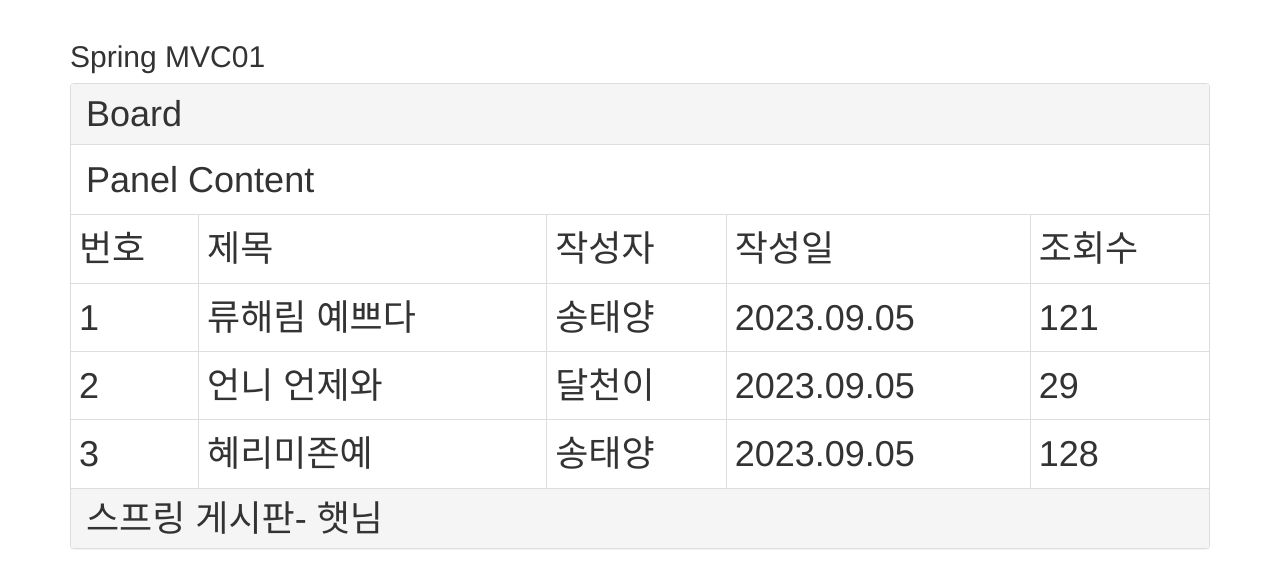
Repository: Hyerim-Ryu/Spring-
Page: http://localhost/SpringMVC01/boardList.do
The author's editor kept a copy of each file at every save. The page is drawn from the files as they stood at one save, then again after the next save.
The browser window is 1280 px wide. The pictures show the whole page.
The page is served by Tomcat 9. Other server files are loaded and not shown.

Above is the page before, as saved 2023-09-05 02:11:46.

### workspace.edu/SpringMVC01/src/main/webapp/WEB-INF/views/boardList.jsp
<%@ page language="java" contentType="text/html; charset=UTF-8"
    pageEncoding="UTF-8"%>
<%@ taglib prefix="c" uri="http://java.sun.com/jsp/jstl/core" %>
<!DOCTYPE html>
<html>
<head>
<meta charset="UTF-8">
<title>Insert title here</title>
<link rel="stylesheet" href="https://maxcdn.bootstrapcdn.com/bootstrap/3.4.1/css/bootstrap.min.css">
<script src="https://ajax.googleapis.com/ajax/libs/jquery/3.6.4/jquery.min.js"></script>
<script src="https://maxcdn.bootstrapcdn.com/bootstrap/3.4.1/js/bootstrap.min.js"></script>
</head>
<body>
	<h1>
		<div class="container">
		  <h2>Spring MVC01</h2>
			  <div class="panel panel-default">
			    <div class="panel-heading">Board</div>
			    <div class="panel-body">Panel Content</div>
			    	<table class="table table-bordered table-hover">
			    		<tr>
			    			<td>번호</td>
			    			<td>제목</td>
			    			<td>작성자</td>
			    			<td>작성일</td>
			    			<td>조회수</td>
			    		</tr>

			    		<tr>
			    			<td>1</td>
			    			<td>류해림 예쁘다</td>
			    			<td>송태양</td>
			    			<td>2023.09.05</td>
			    			<td>121</td>
			    		</tr>

			    		<tr>
			    			<td>2</td>
			    			<td>언니 언제와</td>
			    			<td>달천이</td>
			    			<td>2023.09.05</td>
			    			<td>29</td>
			    		</tr>

			    		<tr>
			    			<td>3</td>
			    			<td>혜리미존예</td>
			    			<td>송태양</td>
			    			<td>2023.09.05</td>
			    			<td>128</td>
			    		</tr>
			    	</table>
			    <div class="panel-footer">스프링 게시판- 햇님</div>
		  </div>
		</div>
	</h1>
</body>
</html>

After the next save:
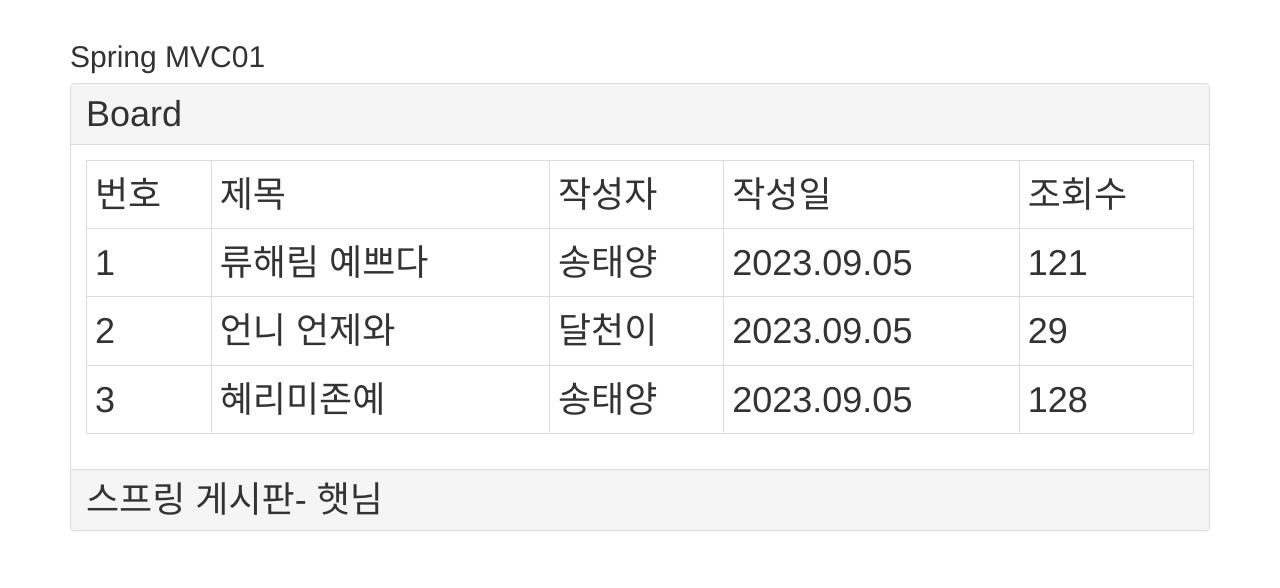
Saved 92 s later.
--- a/workspace.edu/SpringMVC01/src/main/webapp/WEB-INF/views/boardList.jsp
+++ b/workspace.edu/SpringMVC01/src/main/webapp/WEB-INF/views/boardList.jsp
@@ -16,7 +16,7 @@
 		  <h2>Spring MVC01</h2>
 			  <div class="panel panel-default">
 			    <div class="panel-heading">Board</div>
-			    <div class="panel-body">Panel Content</div>
+			    <div class="panel-body">
 			    	<table class="table table-bordered table-hover">
 			    		<tr>
 			    			<td>번호</td>
@@ -50,6 +50,8 @@
 			    			<td>128</td>
 			    		</tr>
 			    	</table>
+			    </div>
+
 			    <div class="panel-footer">스프링 게시판- 햇님</div>
 		  </div>
 		</div>
